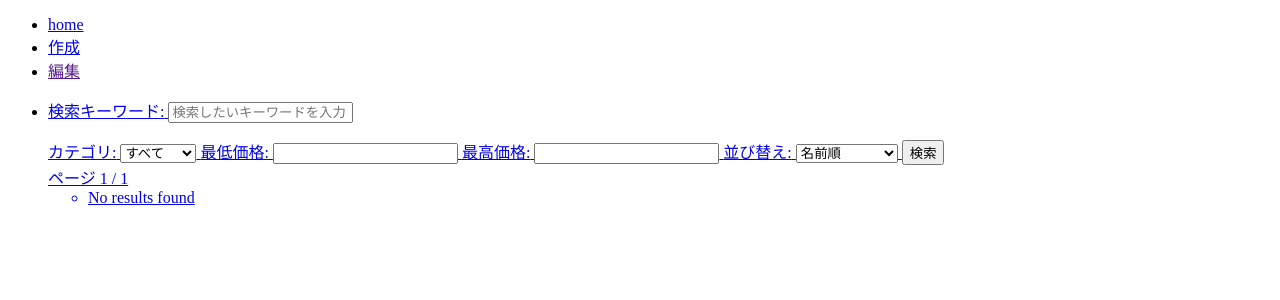
Repository: mamesuke7274/2024_kouki_kuwayamasyoutarou
Page: http://localhost/
These files come from the project's save history. The page is drawn as it stood at one moment and after a run of saves; the edit follows.
The browser window is 1280 px wide. The pictures show the whole page.
The page is served by the project's application, run on Django 4.2 (manage.py). Queries for data that is not in the repository find no rows.

Above is the page before, as saved 2024-10-19 09:56:44.

After the next 2 saves:
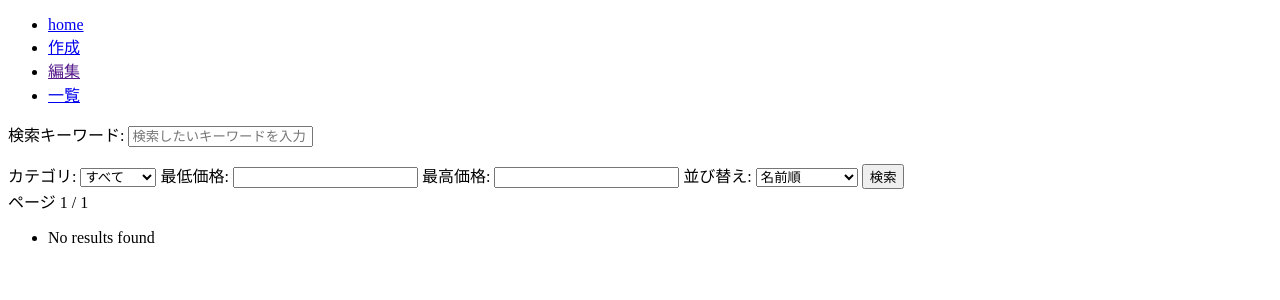
The 2 saves are shown as one change because they came seconds apart.
The last was saved 21 s later.
--- a/search_app/templates/search.html
+++ b/search_app/templates/search.html
@@ -14,7 +14,7 @@
                 <li><a href="{% url 'search_view' %}">home</a></li>
                 <li><a href="{% url 'product_create' %}">作成</a></li>
                 <li><a href="">編集</a></li>
-                <li><a href="{% url 'product_list' %}>一覧</a></li>
+                <li><a href="{% url 'product_list' %}">一覧</a></li>
             </ul>
         </nav>
     </header>
